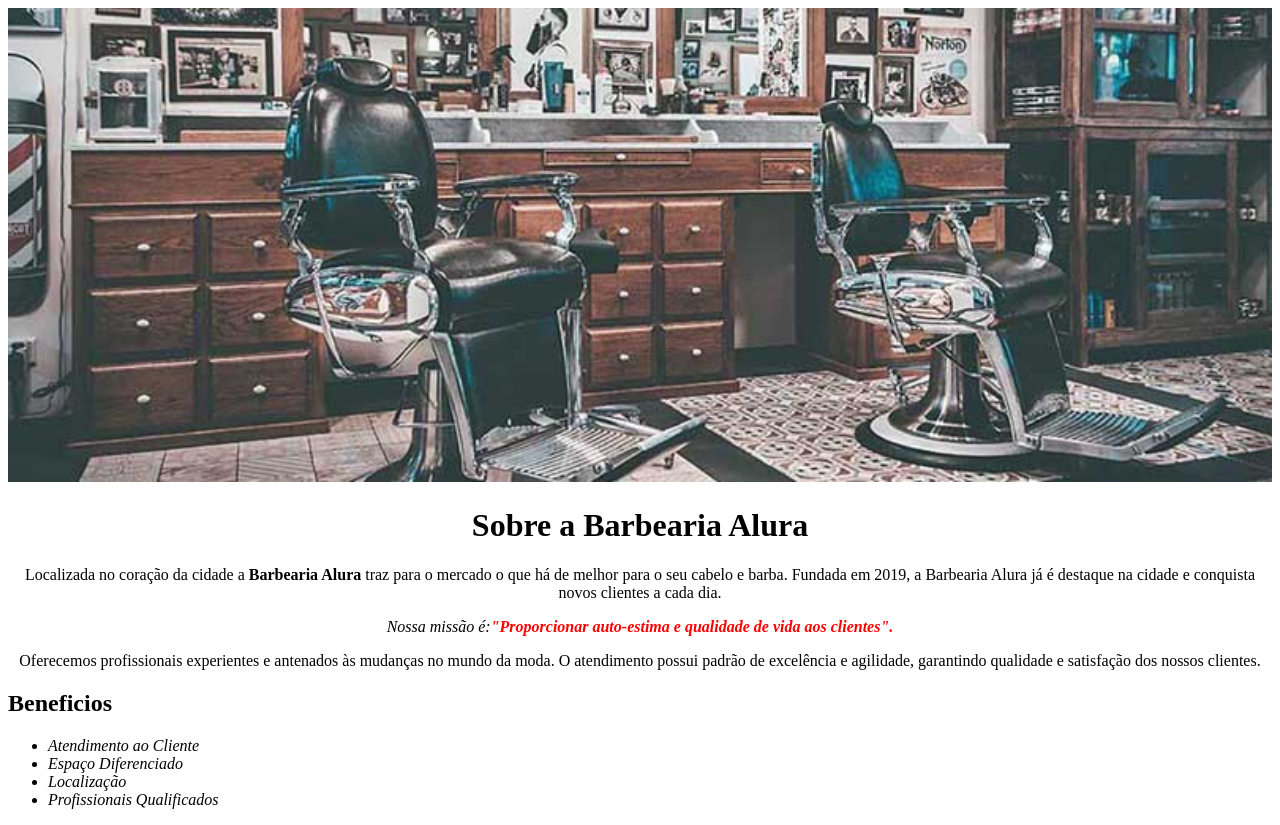
Repository: AnaBerlanda/AulaAlura
Page: index.html
These files come from the project's save history. The page is drawn as it stood at one moment and after the next save; the edit follows.
The browser window is 1280 px wide. The pictures show the whole page.

Above is the page before, as saved 2022-04-08 10:46:18.

### index.html
<!DOCTYPE html>
<html lang="pt-br">

<head>
    <meta charset="utf-8" />
    <title>Barbearia Alura</title>
    <link type="text/css" rel="stylesheet" href="index.css">
</head>
<body>
    <img id="banner" src="imagem/banner.jpg">
    <div>

        <h1>Sobre a Barbearia Alura</h1>
        <p>Localizada no coração da cidade a <strong> Barbearia Alura</strong> traz para o mercado o que há de melhor para o seu cabelo e barba.
        Fundada em 2019, a Barbearia Alura já é destaque na cidade e conquista novos clientes a cada dia.</p>
        <p><em>Nossa missão é:<strong>"Proporcionar auto-estima e qualidade de vida aos clientes".</strong></em></p>
        <p>Oferecemos profissionais experientes e antenados às mudanças no mundo da moda.
        O atendimento possui padrão de excelência e agilidade, garantindo qualidade e satisfação dos nossos clientes.</p>
    </div>
    <div class="beneficios">
        <h2>Beneficios</h2>

        <ul>
            <li class="itens">Atendimento ao Cliente</li>
            <li class="itens">Espaço Diferenciado</li>
            <li class="itens">Localização</li>
            <li class="itens">Profissionais Qualificados</li>
        </ul>
    </div>













</body>

### index.css
p{
    text-align: center;
}
em strong{
    color: red;
}
h1{
    text-align: center;
}
#banner{
    width: 100%;
}
.principal{
    background-color:#CCCCCC;


}
.itens{
    font-style: italic;
}
.beneficios{
    background-color:#FFFFFF;
}

After the next save:
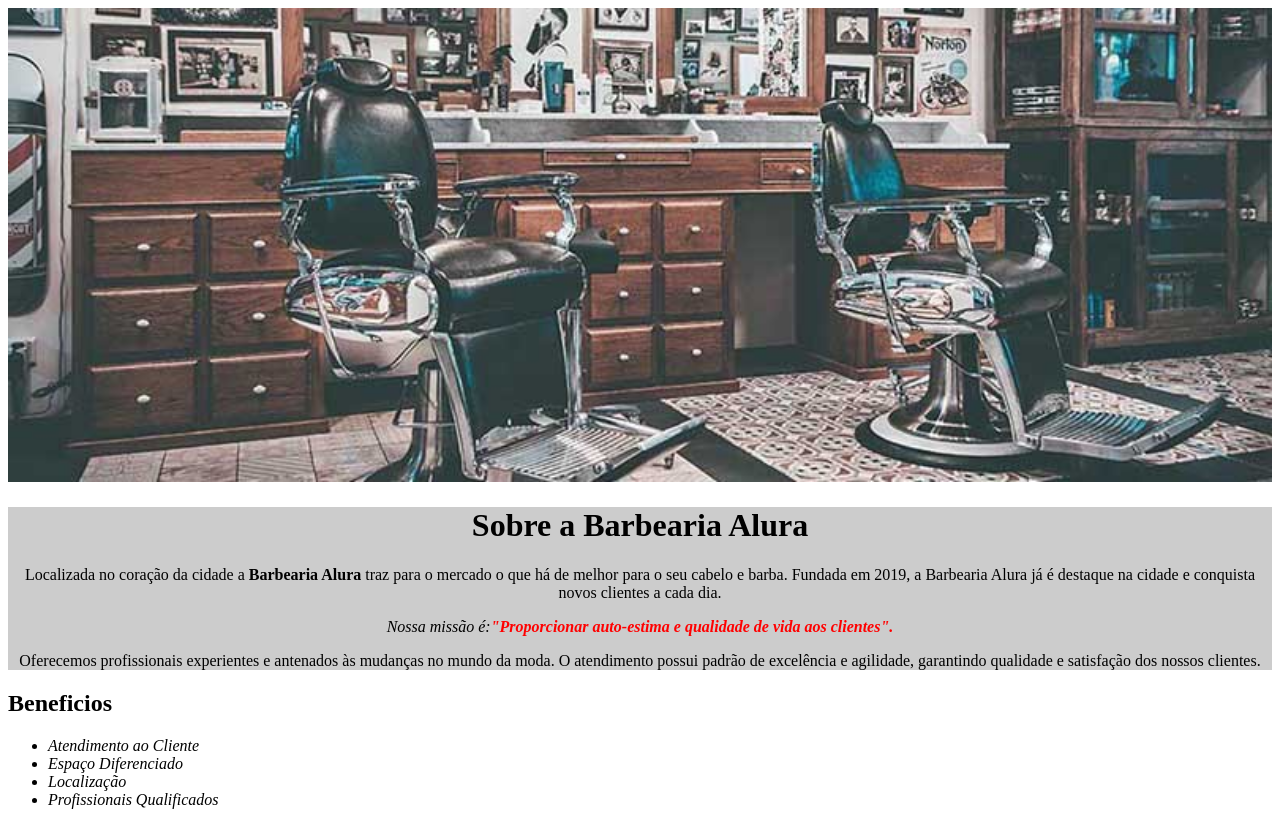
Saved 5 s later.
--- a/index.html
+++ b/index.html
@@ -8,7 +8,7 @@
 </head>
 <body>
     <img id="banner" src="imagem/banner.jpg">
-    <div>
+    <div class="principal">
 
         <h1>Sobre a Barbearia Alura</h1>
         <p>Localizada no coração da cidade a <strong> Barbearia Alura</strong> traz para o mercado o que há de melhor para o seu cabelo e barba.
